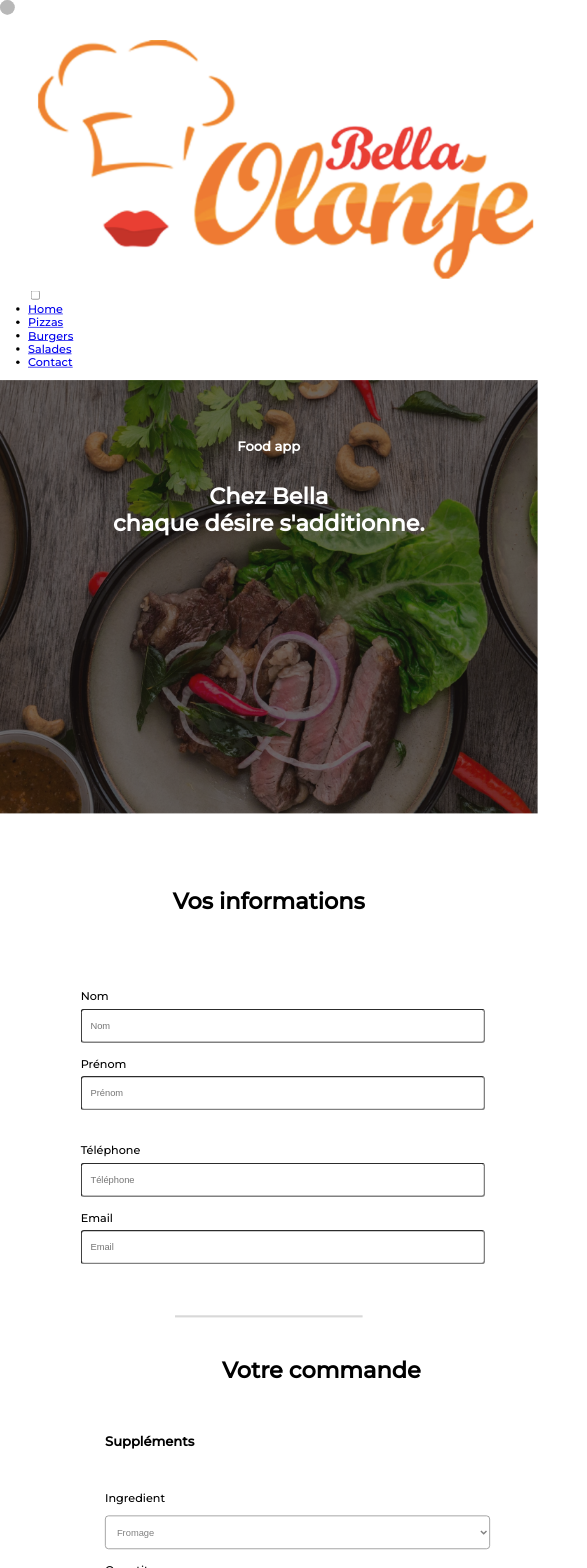
Repository: Ahlam-belhadj/bella-olange
Page: index2.html
An editor plug-in stored every save of this project. The page is shown before and after the next save, followed by the edit.
The browser window is 768 px wide. The page is 839 px wide, then 768 px, so the pictures cover 839 px, including what lies to the right of the window. The pictures show the part of the page from y = 0 to 2240 px (the page is 4964 px tall before and 4581 px after), at 70% of full size.

Above is the page before, as saved 2023-02-14 19:30:07.

### index2.html
<!DOCTYPE html>
<html lang="en">

<head>
    <meta charset="UTF-8">
    <meta http-equiv="X-UA-Compatible" content="IE=edge">
    <meta name="viewport" content="width=device-width, initial-scale=1.0">
    <link rel="stylesheet" href="style2.css">
    <title>Bella olanje</title>
</head>

<body>
  <header>

    <nav>
      <ul class="nav-bar">
          <div class="logo"><a href='#'><img src="image/logo_bella_olonje.png" alt="jsp"></a></div>
          <input type="checkbox" id="check" />
          <span class="menu">
              <li><a href="index.html" class="nav-link">Home</a></li>
              <li><a href="#pizza" class="nav-link">Pizzas</a></li>
              <li><a href="#burger" class="nav-link">Burgers</a></li>
              <li><a href="#salades" class="nav-link">Salades</a></li>
              <li><a href="index3.html" class="nav-link">Contact</a></li>
              <label for="check" class="close-menu"><i class="fas fa-times"></i></label>
          </span>
          <label for="check" class="open-menu"><i class="fas fa-bars"></i></label>
      </ul>
  </nav>

    <div class="title">
        <div class="texte">
            <h3>Food app</h3>
            <h1>Chez Bella <br>
                chaque désire s'additionne.</h1>
        </div>
    </div>
</header>




    <main>
      <div class="infos" id="form-infos">
        <form>
          <h1>Vos informations</h1>

          <div class="grp_infos">
            <div class="nom_prenom">
              <div class="label1">
                <label class="label_nom">Nom</label><br>
                <input type="text" placeholder="Nom">
              </div>
              <div class="label1">
                <label class="label_nom">Prénom</label><br>
                <input type="text" placeholder="Prénom">
              </div>
            </div>

            <div class="telephone_email">
              <div class="label1">
                <label class="label_nom">Téléphone</label><br>
                <input type="text" placeholder="Téléphone">
              </div>
              <div class="label1">
                <label class="label_nom">Email</label><br>
                <input type="text" placeholder="Email">
              </div>
            </div>
          </div>
        </form>
      </div>

      <hr>

      <div class="commande">
        <form>
          <h1>Votre commande</h1>
          <h3>Suppléments</h3>
          <div class="grp_suppliment">
            <div class="ingredient_quantite">
              <div class="fromage">
                <label>Ingredient</label><br>
                <select name="ingr" class="suppléments">
                  <option value="fromage">Fromage</option>
                  <option value="fromage">Fromage</option>
                  <option value="fromage">Fromage</option>
                  <option value="fromage">Fromage</option>
                  <option value="fromage">Fromage</option>
                  <option value="fromage">Fromage</option>
                  <option value="fromage">Fromage</option>
                </select>
              </div>
              <div class="box">
                <label>Quantites</label><br>
                <input type="number" min="0" placeholder="1">
              </div>
            </div>

            <div class="ingredient_quantite">
             <div class="fromage">
                <label>Ingredient 1</label><br>
                <select name="ingr" class="suppléments">
                  <option value="fromage">Fromage</option>
                  <option value="fromage">Fromage</option>
                  <option value="fromage">Fromage</option>
                  <option value="fromage">Fromage</option>
                  <option value="fromage">Fromage</option>
                  <option value="fromage">Fromage</option>
                  <option value="fromage">Fromage</option>
                </select>
              </div>
              <div class="box">
                <label>Quantites</label><br>
                <input type="number" min="0" placeholder="1">
              </div>
            </div>

            <div class="ingredient_quantite">
              <div class="fromage">
                <label>Ingredient 2</label><br>
                <select name="ingr" class="suppléments">
                  <option value="fromage">Fromage</option>
                  <option value="fromage">Fromage</option>
                  <option value="fromage">Fromage</option>
                  <option value="fromage">Fromage</option>
                  <option value="fromage">Fromage</option>
                  <option value="fromage">Fromage</option>
                  <option value="fromage">Fromage</option>
                </select>
              </div>
              <div class="box">
                <label>Quantites</label><br>
                <input type="number" min="0" placeholder="1">
              </div>
            </div>

            <div class="ingredient_quantite">
              <div class="fromage">
                <label>Ingredient 3</label><br>
                <select name="ingr" class="suppléments">
                  <option value="fromage">Fromage</option>
                  <option value="fromage">Fromage</option>
                  <option value="fromage">Fromage</option>
                  <option value="fromage">Fromage</option>
                  <option value="fromage">Fromage</option>
                  <option value="fromage">Fromage</option>
                  <option value="fromage">Fromage</option>
                </select>
              </div>
              <div class="box">
                <label>Quantites</label><br>
                <input type="number" min="0" placeholder="1">
              </div>
            </div>
          </div>


          <div class="check2">
            <label class="container">Avec frites
              <input type="radio" checked="checked" name="radio">
              <span class="checkmark"></span>
            </label>
            <label class="container">Sans frites
              <input type="radio" name="radio">
              <span class="checkmark"></span>
            </label>
          </div>


          <div class="all">
            <div class="content_of_boisson">
                <h2>Boissons</h2>
                <div class="boissons">
                    <div class="carre"></div>
                    <label>Coca-Cola</label>
                    <select name="Fromage" class="Fromage" style="margin-top: 10px;">
                      <option value="">1</option>
                      <option value="">2</option>
                      <option value="">3</option>
                      <option value="">4</option>
                    </select>
                </div>
                <div class="boissons">
                    <div class="carre grey"></div>
                    <label>Fanta</label>
                    <select name="Fromage" class="Fromage" style="margin-top: 10px;">
                      <option value="">1</option>
                      <option value="">2</option>
                      <option value="">3</option>
                      <option value="">4</option>
                    </select>
                </div>
                <div class="boissons">
                    <div class="carre grey"></div>
                    <label>L'eau</label>
                    <select name="Fromage" class="Fromage" style="margin-top: 10px;">
                      <option value="">1</option>
                      <option value="">2</option>
                      <option value="">3</option>
                      <option value="">4</option>
                    </select>
                </div>
            </div>

            <div class="content_of_dessert">
                <h2>Dessert</h2>
                <div class="boissons dessert">
                    <div class="carre"></div>
                    <label>Tiramisu</label>
                    <select name="Fromage" class="Fromage" style="margin-top: 10px;">
                        <option value="">1</option>
                        <option value="">2</option>
                        <option value="">3</option>
                        <option value="">4</option>
                    </select>
                </div>
                <div class="boissons dessert">
                    <div class="carre grey"></div>
                    <label>Cheese-cake</label>
                    <select name="Fromage" class="Fromage" style="margin-top: 10px;">
                      <option value="">1</option>
                      <option value="">2</option>
                      <option value="">3</option>
                      <option value="">4</option>
                    </select>
                </div>
                <div class="boissons dessert">
                    <div class="carre grey"></div>
                    <label>Tarte au fraise</label>
                    <select name="Fromage" class="Fromage" style="margin-top: 10px;">
                      <option value="">1</option>
                      <option value="">2</option>
                      <option value="">3</option>
                      <option value="">4</option>
                    </select>
                </div>
            </div>
            </div>
        </form>
      </div>

      <hr>

      <div class="livraison">
        <form>
          <h1>Adresse de livraison</h1>
          <div class="grp_infos">
            <div class="nom_prenom">
              <div class="label1">
                <label class="label_nom">Nom</label><br>
                <input type="text" placeholder="Nom">
              </div>
              <div class="label1">
                <label class="label_nom">Prénom</label><br>
                <input type="text" placeholder="Prénom">
              </div>
            </div>

            <div class="telephone_email">
              <div class="label1">
                <label class="label_nom">Téléphone</label><br>
                <input type="text" placeholder="Téléphone">
              </div>
              <div class="label1">
                <label class="label_nom">Email</label><br>
                <input type="text" placeholder="Email">
              </div>
            </div>
            <div class="nom_prenom">
              <div class="label1">
                <label class="label_nom">Adresse</label><br>
                <input type="text" placeholder="Adresse">
              </div>
              <div class="label1">
                <label class="label_nom">Code postale</label><br>
                <input type="text" placeholder="Code postale">
              </div>
            </div>

            <div class="telephone_email">
              <div class="label1">
                <label class="label_nom">Ville</label><br>
                <input type="text" placeholder="Ville">
              </div>
              <div class="label1">
                <label class="label_nom">Pays</label><br>
                <input type="text" placeholder="Pays">
              </div>
            </div>
          </div>
            <div class="div_button"><button class="button" type="button">Envoyer</button></div>
        </form>

      </div>
    </main>

</body>

</html>

### style2.css
@import url('https://fonts.googleapis.com/css2?family=Montserrat:wght@100;200;500&display=swap');

body {
    font-family: Montserrat, sans-serif;
    margin: auto;
}



.title {
  background-image: url(image/Rectangle\ 48.png);
  height: 619px;
  background-repeat: no-repeat;
  background-position: center;
  background-size: cover;



}

.texte{
    color: white;
    display: flex;
    align-items: center;
    justify-content: center;
    flex-direction: column;
    text-align: center;
    height: 50%;
}




/*infos*/


.ingredient_quantite{
    display: flex;
    flex-direction:row;
    justify-content: flex-start;
    gap: 10%;
    margin-bottom: 10px;
}


.label1 input {
    width: 250px;
    height: 35px;
    margin-bottom: 20px;
    margin-top: 8px;
    padding: 5px 12px;
    color: grey;
    border-radius: 5px;
    border-color: gray;
}


.infos h1 {
    padding: 85px;
}

hr {
    height: 3px;
    background-color:#d8d8d8;
    border: none;
    margin: 25px 250px 25px;
}

.nom_prenom {
    display: flex;
    justify-content: space-around;
    padding-right: 0px;
    padding-bottom: 28px;
}
.telephone_email {
    display: flex;
    justify-content: space-around;
    padding-right: 0px;
    padding-bottom: 28px;
}

/*infos*/

/*livraison*/

.livraison h1 {
    margin-left: 65px;
    padding-top: 30px;
    padding-bottom: 50px;
}
/*livraison*/

/*commande*/
.suppléments {
    width: 280px;
    height: 48px;
    margin-bottom: 20px;
    margin-top: 15px;
    padding: 5px 12px;
    color: grey;
    border-radius: 5px;
    border-color: gray;
    background-color: #FFFFFF;
}


.commande {
    margin-left: 250px;
}

.commande h1 {
    padding-top: 30px;
}

.commande h3 {
    padding-top: 50px;
    padding-bottom: 42px;
}

.box input {
    width: 250px;
    height: 35px;
    margin-bottom: 20px;
    margin-top: 15px;
    padding: 5px 12px;
    color: grey;
    border-radius: 5px;
    border-color: gray;
}

.boissons_dessert {
    display: flex;
    flex-direction: row;
}

/*commande*/


.div_button {
    padding: 50px 150px 70px 0px;
    display: flex;
    justify-content: flex-end;
}

button {
    border: 0;
    line-height: 2.5;
    width: 120px;
    padding: 0 18px;
    font-size: 18px;
    text-align: center;
    color: #fff;
    border-radius: 20px;
    background-color: #FA4A0C;
    box-shadow: 1px 1px 5px #B73227;
}


/*dessert et boissons*/

.avec, .sans {
    display: flex;
    flex-direction: row;
    justify-content: space-around;
    width: 150px;
    height: 40px;
    align-items: center;
}

.sans_f {
    padding-top: 39px;
    padding-left: 50px;
}
.avec_f {
    padding-left: 10px;
}

.boissons{
    display: flex;
    align-items: center;
    justify-content: space-around;
    /* width: 31rem; */
    padding-top: 5px;
}

.carre {
    width: 24px;
    height: 24px;
    background-color: green;
}

.carre.grey {
    background-color: #C4C4C4;
}

.all {
    display: flex;
}

.content_of_dessert {
    margin-left: 186px;
}

.Fromage {
    padding: 7px;
    border-radius: 5px;
    width: 280px;
    height: 48px;
    margin-bottom: 20px;
    margin-top: 8px;
    padding: 5px 12px;
    color: grey;
    border-radius: 5px;
    border-color: gray;
    background-color: #FFFFFF;
}
/*dessert et boissons*/


/*checkbox*/
.check2 {
    padding-top: 40px;
    padding-bottom: 40px;
}
.container {
    padding-left: 30px;
    margin-bottom: 12px;
    cursor: pointer;
    font-size: 16px;


  }

  .container input {
    position: absolute;
    opacity: 0;
    cursor: pointer;
  }

  .checkmark {
    position: absolute;
    top: 0;
    left: 0;
    height: 21px;
    width: 21px;
    background-color: rgba(176, 176, 176, 0.677);
    border-radius: 50%;
}




  .container input:checked  .checkmark {
    background-color: #2e3983;
  }

  .checkmark:after {
    position: absolute;
    display: none;
  }

  .container input:checked ~ .checkmark:after {
    display: block;
  }

  .container .checkmark:after {
       top: 9px;
      left: 9px;
      width: 8px;
      background: white;
  }
/*checkbox*/

@media (max-width:650px) {
  .nom_prenom {
      display: flex;
      flex-direction: column;
      padding-left: 15%;
  }

  .telephone_email {
      display: flex;
      flex-direction: column;
      padding-left: 15%;
  }

  .ingredient_quantite{
    display: flex;
    flex-direction: column;
  }

  .all{
    display: flex;
    flex-direction: column;
  }

  .content_of_dessert{
    margin-left: 0px;
  }

  .Fromage{
    width: 20px;
  }

  .commande {
    margin-left: 60px;
}


h2{
  text-align: center;
}

h1{
  text-align: center;
}

.livraison h1 {
  margin-left: 5px;
}


}

@media screen and (min-width:651px) and (max-width:1199px) {
  .nom_prenom {
    display: flex;
    flex-direction: column;
    padding-left: 15%;
}

.telephone_email {
    display: flex;
    flex-direction: column;
    padding-left: 15%;
}

.ingredient_quantite{
  display: flex;
  flex-direction: column;
}

.all{
  display: flex;
  flex-direction: column;
}

.content_of_dessert{
  margin-left: 0px;
}

.Fromage{
  width: 100px;
}

h2{
  text-align: center;
}
h1{
  text-align: center;
}

.label1 input {
  width: 550px;

}

.suppléments {
  width: 550px;
}


.box input {
  width: 520px;
}

.commande {
  margin-left: 150px;
}
.content_of_boisson {
  padding-right: 550px;
}

.content_of_dessert {
  padding-right: 550px;
}
}

After the next save:
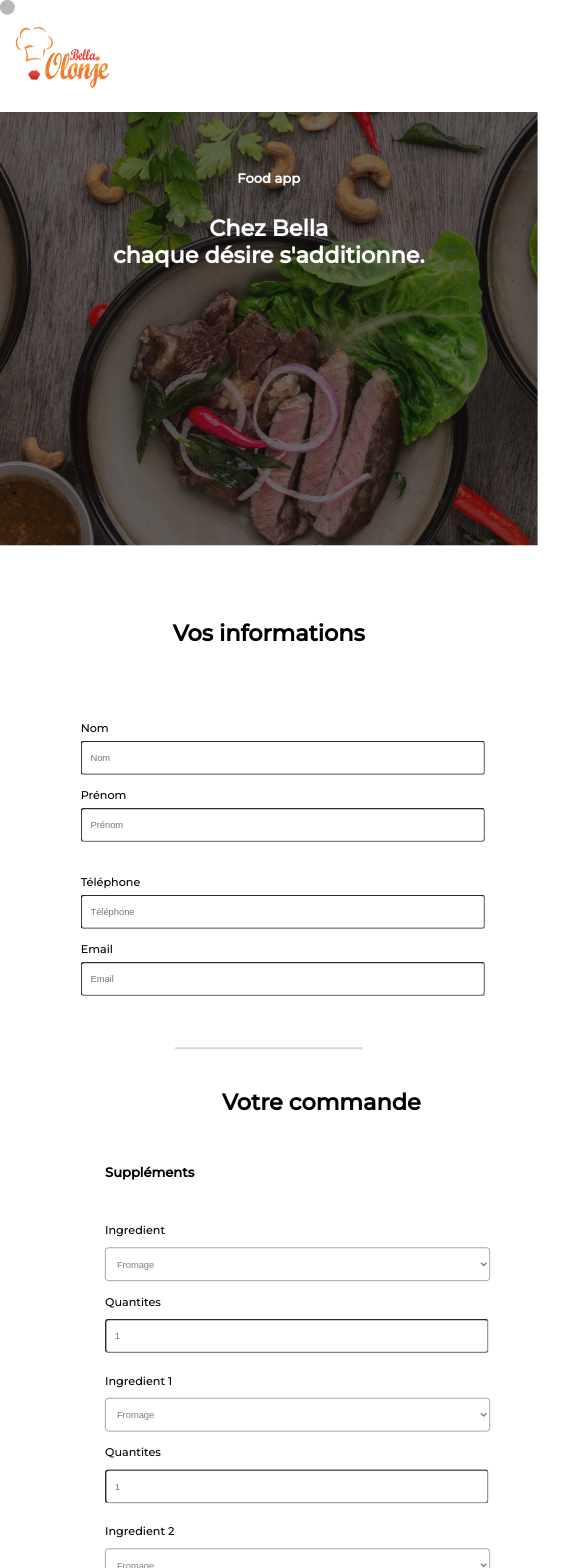
Saved 30 s later.
--- a/style2.css
+++ b/style2.css
@@ -6,7 +6,125 @@ body {
 }
 
 
-
+.logo img{
+  height: 100px;
+  width: 150px;
+}
+
+
+.nav-bar {
+  display: flex;
+  justify-content: space-between;
+  align-items: center;
+  list-style: none;
+  position: relative;
+  background-color: #FFF;
+  padding: 12px 20px;
+}
+
+.menu {
+  display: flex;
+}
+
+.menu li {
+  padding-left: 20px;
+  padding-right: 55px;
+}
+
+.menu li a {
+  display: inline-block;
+  text-decoration: none;
+  color: #333;
+  text-align: center;
+  position: relative;
+}
+
+.menu li a:hover {
+  color: #FA4A0C;
+}
+
+.open-menu {
+  position: absolute;
+  color: #FA4A0C;
+  cursor: pointer;
+  font-size: 1.5rem;
+  display: none;
+}
+
+.close-menu {
+  position: absolute;
+  color: #333;
+  cursor: pointer;
+  font-size: 1.5rem;
+  display: none;
+  padding: 10px;
+}
+
+.open-menu {
+  top: 50%;
+  right: 20px;
+  transform: translateY(-50%);
+}
+
+.close-menu {
+  top: 20px;
+  right: 20px;
+}
+
+#check {
+  display: none;
+}
+
+@media(max-width: 920px) {
+  .menu {
+      flex-direction: column;
+      align-items: center;
+      width: 60%;
+      height: 100vh;
+      position: fixed;
+      top: 0;
+      right: -100%;
+      z-index: 100;
+      background-color: rgb(255, 88, 70);
+      transition: all 0.2s ease-in-out;
+      padding-top: 100px;
+  }
+
+  .menu li {
+      margin-top: 40px;
+  }
+
+  .menu li a {
+      padding: 10px;
+      color: #FFF;
+  }
+
+  .open-menu {
+      display: block;
+      padding-right: 25px;
+      padding-top: 13px;
+  }
+
+  .close-menu {
+      display: block;
+      color: #FFF;
+      padding-right: 25px;
+      padding-top: 22px;
+  }
+
+  #check:checked~.menu {
+      right: 0;
+  }
+
+  .menu li a:hover {
+      color: #333;
+  }
+
+  .nav-link {
+      font-family: Montserrat;
+      letter-spacing: .8px;
+  }
+}
 .title {
   background-image: url(image/Rectangle\ 48.png);
   height: 619px;
